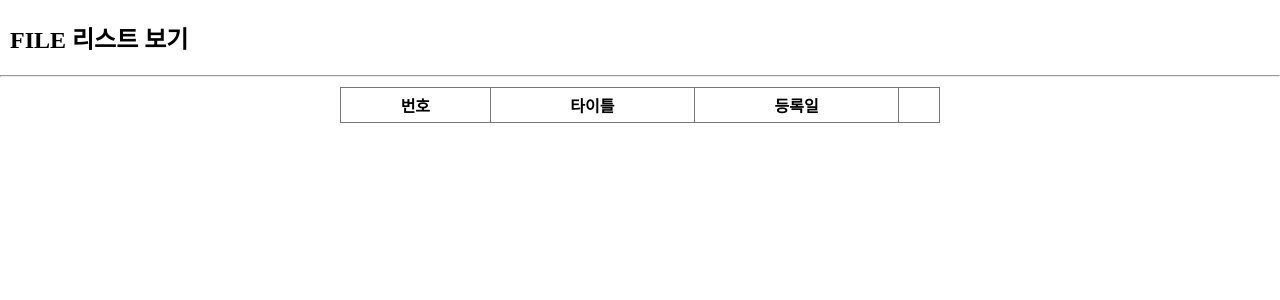
Repository: hyunh84/jsp_study
Page: http://localhost/Day07/j06_file03.jsp
An editor plug-in stored every save of this project. The page is shown before and after a run of saves, followed by the edit.
The browser window is 1280 px wide. The pictures show the whole page.
The page is served by Tomcat 9. Other server files are loaded and not shown. Queries for data that is not in the repository find no rows.

Above is the page before, as saved 2015-10-11 03:05:24.

### MyWorks/Day07/WebContent/j06_file03.jsp
<%@ page language="java" contentType="text/html; charset=utf-8"
    pageEncoding="utf-8"%>
<%@ page import="java.sql.*" %>
<%@ page import="java.util.ArrayList"%>
<%@ page import="dto.FileDto"%>
<!DOCTYPE html>
<html>
<head>
<meta charset="utf-8">
<title>Insert title here</title>
<style type="text/css">
	* {margin:0; padding:0;}
	a {color:#555; text-decoration:none;}
	a:hover {color:blue; text-decoration:underline;}
	h2 {padding:20px 10px;}
	table {border-collapse:collapse; }
	table th {padding:5px; border:1px solid #777;}
	table td {padding:5px; border:1px solid #777;}
</style>
</head>
<body>
	<h2>FILE 리스트 보기</h2>
	<hr />

	<%
		ArrayList<FileDto> listc = new ArrayList();

		try{
			//#1. Driver Load
			Class.forName("oracle.jdbc.driver.OracleDriver");
			System.out.println("1. Driver Load Comp");

			//#2. DB Connection
			String url = "jdbc:oracle:thin:@192.168.33.121:1521:xe";
			String user = "para";
			String password = "para";
			Connection conn = DriverManager.getConnection(url, user, password);
			System.out.println("2. DB Connection Comp");



			//#3. SQL(select) && executeQuery
			String sql = "select * from fileinfo order by num desc";
			PreparedStatement ps = conn.prepareStatement(sql);

			ResultSet rs = ps.executeQuery();

			while(rs.next()) {
				FileDto dto = new FileDto();

				dto.setNum(rs.getInt("num"));
				dto.setTitle(rs.getString("title"));
				dto.setOrgname(rs.getString("orgname"));
				dto.setAddr(rs.getNString("addr"));
				dto.setLink(rs.getString("link"));
				dto.setRegDate(rs.getDate("regdate"));
				listc.add(dto);

			}

			rs.close();
			ps.close();
			conn.close();

		}catch(Exception e){e.printStackTrace();}




	%>

	<a href="/Day07/j06_file01.jsp"></a>
	<table style="width:600px; margin:10px auto 0;">
		<thead>
			<tr>
				<th>번호</th>
				<th>타이틀</th>
				<th>등록일</th>
				<th></th>
			</tr>
		</thead>
		<tbody>
			<%
				if(listc.size() != 0){
					for(FileDto each : listc){
			%>

				<tr>
					<td><%=each.getNum() %></td>
					<td>
						<img src ="<%=each.getLink() %>" style="width:100px;" />
						<%=each.getTitle() %>
					</td>
					<td><%=each.getRegDate() %></td>
					<td>
						<a href="/Day07/j06_file04.jsp?num=<%=each.getNum() %>" style="display:inline-block; padding:5px; font-size:12px; border:1px solid #ccc;">삭제하기</a>
						<a href="#" style="display:inline-block; padding:5px; font-size:12px; border:1px solid #ccc;">다운로드</a>
					</td>
				</tr>
			<%
					}
				}
			%>
		</tbody>
	</table>



</body>
</html>

After the next 2 saves:
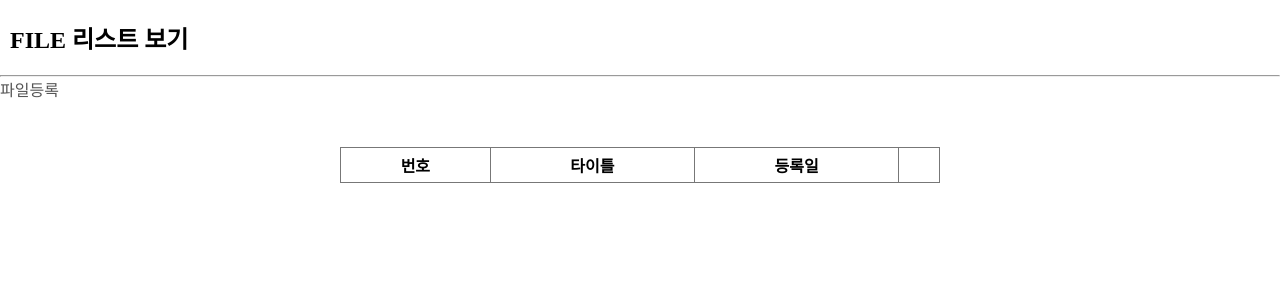
The 2 saves are shown as one change because they came seconds apart.
The last was saved 24 s later.
--- a/MyWorks/Day07/WebContent/j06_file03.jsp
+++ b/MyWorks/Day07/WebContent/j06_file03.jsp
@@ -69,7 +69,10 @@
 
 	%>
 
-	<a href="/Day07/j06_file01.jsp"></a>
+	<a href="/Day07/j06_file01.jsp">파일등록</a>
+
+	<br/><br/><br/>
+
 	<table style="width:600px; margin:10px auto 0;">
 		<thead>
 			<tr>
